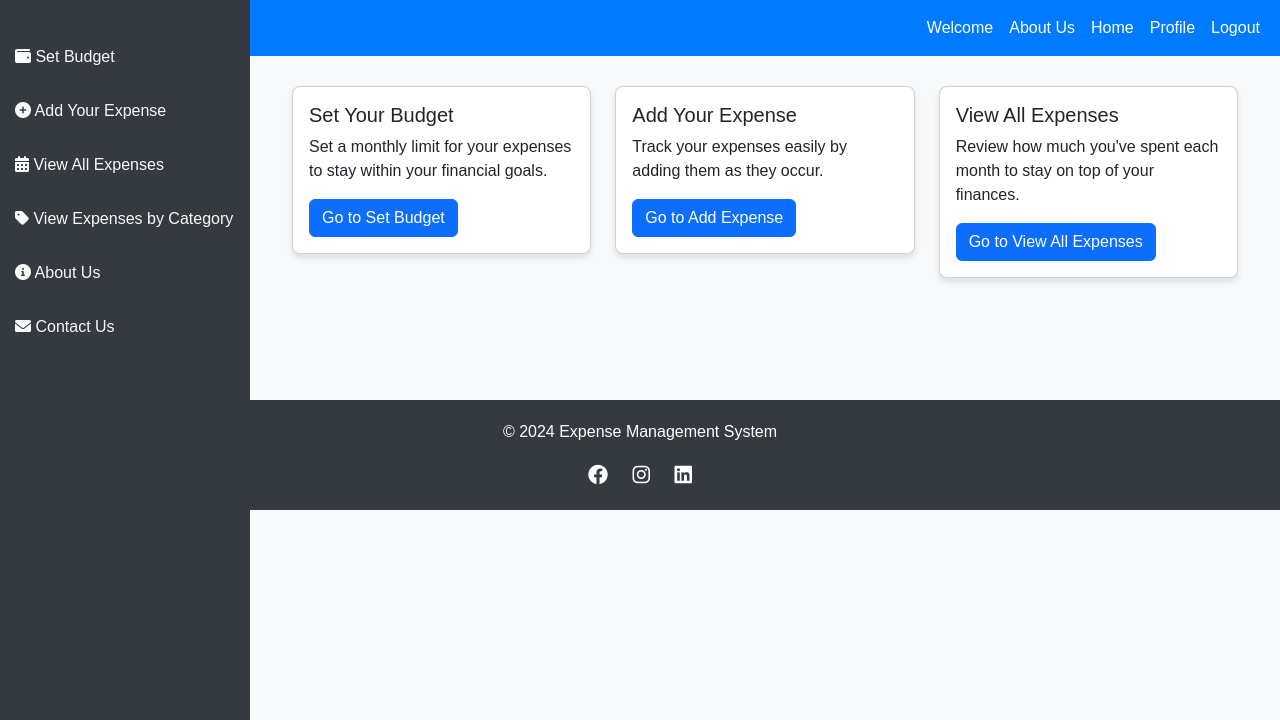
Repository: omlokhande1212/Expense-management
Page: expense/Demo/src/main/webapp/userdashboard.html
These files come from the project's save history. The page is drawn as it stood at one moment and after the next save; the edit follows.
The browser window is 1280 px wide. The pictures show the whole page.

Above is the page before, as saved 2024-11-24 05:47:12.

### expense/Demo/src/main/webapp/userdashboard.html
<!DOCTYPE html>
<html lang="en">
<head>
  <meta charset="UTF-8">
  <meta name="viewport" content="width=device-width, initial-scale=1.0">
  <title>User Dashboard</title>
  <!-- Bootstrap CSS -->
  <link href="https://cdn.jsdelivr.net/npm/bootstrap@5.3.0-alpha1/dist/css/bootstrap.min.css" rel="stylesheet">
  <!-- Font Awesome for icons -->
  <link href="https://cdnjs.cloudflare.com/ajax/libs/font-awesome/6.0.0-beta3/css/all.min.css" rel="stylesheet">
  <!-- Custom Styles -->
  <style>
    body {
      font-family: 'Arial', sans-serif;
      background-color: #f8f9fa;
    }

    .navbar {
      background-color: #007BFF;
    }

    .navbar .navbar-brand, .navbar-nav .nav-link {
      color: white;
    }

    /* Sidebar Styles */
    .sidebar {
      background-color: #343a40;
      color: white;
      min-height: 100vh;
      position: fixed;
      top: 0;
      left: 0;
      width: 250px;
      padding-top: 30px;
      transition: all 0.3s;
      z-index: 1000;
    }

    .sidebar a {
      color: #f8f9fa;
      padding: 15px;
      text-decoration: none;
      display: block;
      transition: all 0.3s;
    }

    .sidebar a:hover {
      background-color: #007BFF;
      color: white;
    }

    .sidebar-toggle {
      display: none;
    }

    /* Main content wrapper with sidebar margin */
    .content-wrapper {
      margin-left: 250px;
      padding: 30px;
      transition: all 0.3s;
    }

    /* Responsive adjustments for sidebar */
    @media (max-width: 992px) {
      .sidebar {
        left: -250px;
      }

      .sidebar.open {
        left: 0;
      }

      .sidebar-toggle {
        display: inline-block;
        color: white;
        font-size: 24px;
        cursor: pointer;
      }

      .content-wrapper {
        margin-left: 0;
        padding: 20px;
      }

      /* Overlay effect for sidebar */
      .overlay {
        display: none;
        position: fixed;
        top: 0;
        left: 0;
        width: 100%;
        height: 100%;
        background: rgba(0, 0, 0, 0.5);
        z-index: 999;
      }

      .overlay.show {
        display: block;
      }
    }

    /* Responsive Footer */
    .footer {
      background-color: #343a40;
      color: white;
      padding: 20px;
      text-align: center;
    }

    .social-icons a {
      color: white;
      font-size: 20px;
      margin: 0 10px;
    }

    /* Footer placement for all screen sizes */
    @media (max-width: 576px) {
      .footer {
        padding: 15px;
        font-size: 0.9rem;
      }

      .social-icons a {
        font-size: 16px;
      }
    }

    /* Responsive Layout */
    .card {
      width: 100%;
      margin-bottom: 20px;
      border-radius: 8px;
      box-shadow: 0 4px 6px rgba(0, 0, 0, 0.1);
    }
  </style>
</head>
<body>

  <!-- Header Section -->
  <nav class="navbar navbar-expand-lg navbar-dark">
    <div class="container-fluid">
      <a class="navbar-brand" href="#">Expense Manager</a>
      <span class="navbar-toggler sidebar-toggle" onclick="toggleSidebar()">
        <i class="fas fa-bars"></i>
      </span>
      <div class="collapse navbar-collapse">
        <ul class="navbar-nav ms-auto">
          <li class="nav-item"><a class="nav-link" href="#">Welcome</a></li>
          <li class="nav-item"><a class="nav-link" href="aboutus.html">About Us</a></li>
          <li class="nav-item"><a class="nav-link" href="userdashboard.html">Home</a></li>
          <li class="nav-item"><a class="nav-link" href="profile.jsp">Profile</a></li>
          <li class="nav-item"><a class="nav-link" href="logout.html">Logout</a></li>
        </ul>
      </div>
    </div>
  </nav>

  <!-- Sidebar Section -->
  <div class="overlay" onclick="toggleSidebar()"></div>
  <aside class="sidebar">
    <a href="setBudget.jsp"><i class="fas fa-wallet"></i> Set Budget</a>
    <a href="addExpense.jsp"><i class="fas fa-plus-circle"></i> Add Your Expense</a>
    <a href="ViewExpenses.jsp"><i class="fas fa-calendar-alt"></i> View All Expenses</a>
    <a href="report.jsp"><i class="fas fa-tag"></i> View Expenses by Category</a>
    <a href="aboutus.html"><i class="fas fa-info-circle"></i> About Us</a>
    <a href="contactus.html"><i class="fas fa-envelope"></i> Contact Us</a>
  </aside>

  <!-- Main Content Section -->
 <div class="content-wrapper">
    <div class="container-fluid main-content">
      <!-- Info Cards -->
      <div class="row">
        <div class="col-md-6 col-lg-4 mb-4">
          <div class="card">
            <div class="card-body">
              <h5 class="card-title">Set Your Budget</h5>
              <p>Set a monthly limit for your expenses to stay within your financial goals.</p>
              <a href="setBudget.jsp" class="btn btn-primary">Go to Set Budget</a>
            </div>
          </div>
        </div>
        <div class="col-md-6 col-lg-4 mb-4">
          <div class="card">
            <div class="card-body">
              <h5 class="card-title">Add Your Expense</h5>
              <p>Track your expenses easily by adding them as they occur.</p>
              <a href="addExpense.jsp" class="btn btn-primary">Go to Add Expense</a>
            </div>
          </div>
        </div>
        <div class="col-md-6 col-lg-4 mb-4">
          <div class="card">
            <div class="card-body">
              <h5 class="card-title">View All Expenses</h5>
              <p>Review how much you've spent each month to stay on top of your finances.</p>
              <a href="ViewExpenses.jsp" class="btn btn-primary">Go to View All Expenses</a>
            </div>
          </div>
        </div>
      </div>
    </div>
  </div>

  <!-- Footer Section -->
  <footer class="footer mt-5">
    <div class="container text-center">
      <p>&copy; 2024 Expense Management System</p>
      <div class="social-icons">
        <a href="https://facebook.com" target="_blank"><i class="fab fa-facebook"></i></a>
        <a href="https://instagram.com" target="_blank"><i class="fab fa-instagram"></i></a>
        <a href="https://linkedin.com" target="_blank"><i class="fab fa-linkedin"></i></a>
      </div>
    </div>
  </footer>

  <!-- Bootstrap JS, Popper.js -->
  <script src="https://cdn.jsdelivr.net/npm/@popperjs/core@2.11.6/dist/umd/popper.min.js"></script>
  <script src="https://cdn.jsdelivr.net/npm/bootstrap@5.3.0-alpha1/dist/js/bootstrap.min.js"></script>

  <script>
    // Toggle Sidebar and overlay
    function toggleSidebar() {
      document.querySelector('.sidebar').classList.toggle('open');
      document.querySelector('.overlay').classList.toggle('show');
    }
  </script>
</body>
</html>

After the next save:
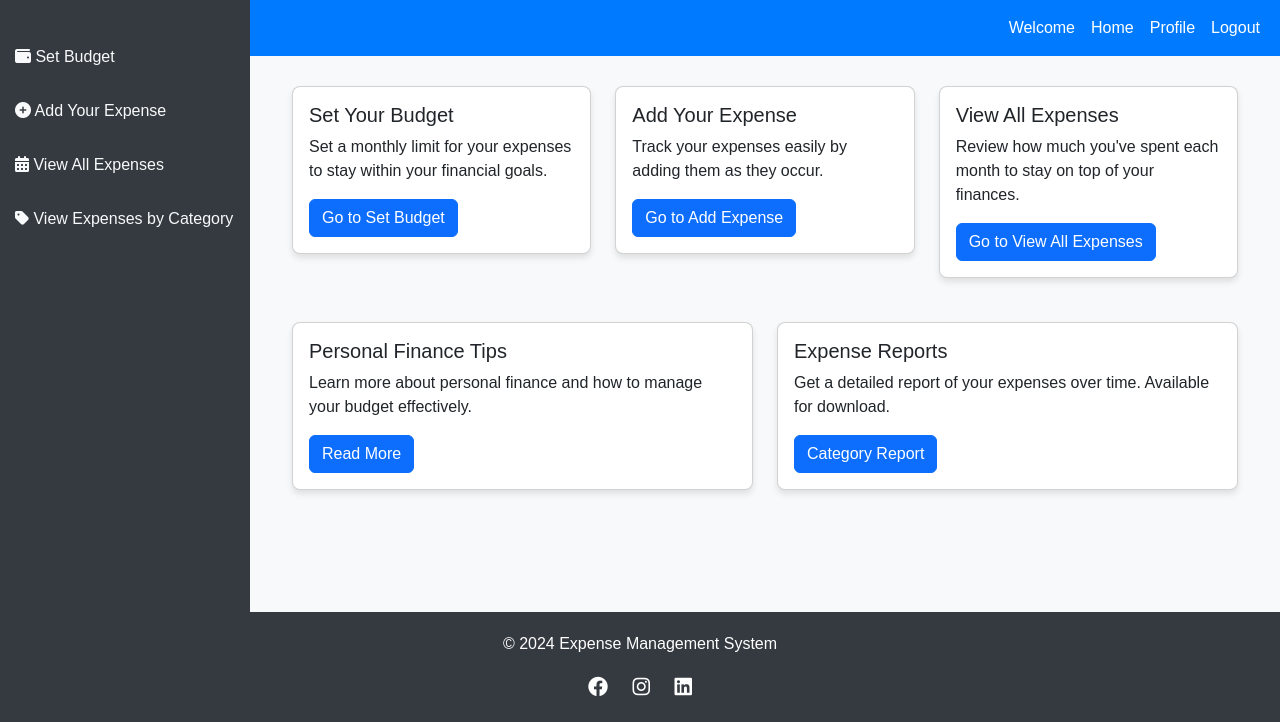
Saved 115 s later.
--- a/expense/Demo/src/main/webapp/userdashboard.html
+++ b/expense/Demo/src/main/webapp/userdashboard.html
@@ -147,7 +147,6 @@
       <div class="collapse navbar-collapse">
         <ul class="navbar-nav ms-auto">
           <li class="nav-item"><a class="nav-link" href="#">Welcome</a></li>
-          <li class="nav-item"><a class="nav-link" href="aboutus.html">About Us</a></li>
           <li class="nav-item"><a class="nav-link" href="userdashboard.html">Home</a></li>
           <li class="nav-item"><a class="nav-link" href="profile.jsp">Profile</a></li>
           <li class="nav-item"><a class="nav-link" href="logout.html">Logout</a></li>
@@ -161,10 +160,8 @@
   <aside class="sidebar">
     <a href="setBudget.jsp"><i class="fas fa-wallet"></i> Set Budget</a>
     <a href="addExpense.jsp"><i class="fas fa-plus-circle"></i> Add Your Expense</a>
-    <a href="ViewExpenses.jsp"><i class="fas fa-calendar-alt"></i> View All Expenses</a>
+    <a href="ViewExpenses.jsp"><i class="fas fa-calendar-alt"></i> View All Expenses </a>
     <a href="report.jsp"><i class="fas fa-tag"></i> View Expenses by Category</a>
-    <a href="aboutus.html"><i class="fas fa-info-circle"></i> About Us</a>
-    <a href="contactus.html"><i class="fas fa-envelope"></i> Contact Us</a>
   </aside>
 
   <!-- Main Content Section -->
@@ -200,8 +197,31 @@
           </div>
         </div>
       </div>
+
+      <!-- Additional Info Section -->
+      <div class="row">
+        <div class="col-md-6 mb-4">
+          <div class="card">
+            <div class="card-body">
+              <h5 class="card-title">Personal Finance Tips</h5>
+              <p>Learn more about personal finance and how to manage your budget effectively.</p>
+              <a href="finincialtips.html" class="btn btn-primary">Read More</a>
+            </div>
+          </div>
+        </div>
+        <div class="col-md-6 mb-4">
+          <div class="card">
+            <div class="card-body">
+              <h5 class="card-title">Expense Reports</h5>
+              <p>Get a detailed report of your expenses over time. Available for download.</p>
+              <a href="report.jsp" class="btn btn-primary">Category Report</a>
+            </div>
+          </div>
+        </div>
+      </div>
     </div>
   </div>
+
 
   <!-- Footer Section -->
   <footer class="footer mt-5">
